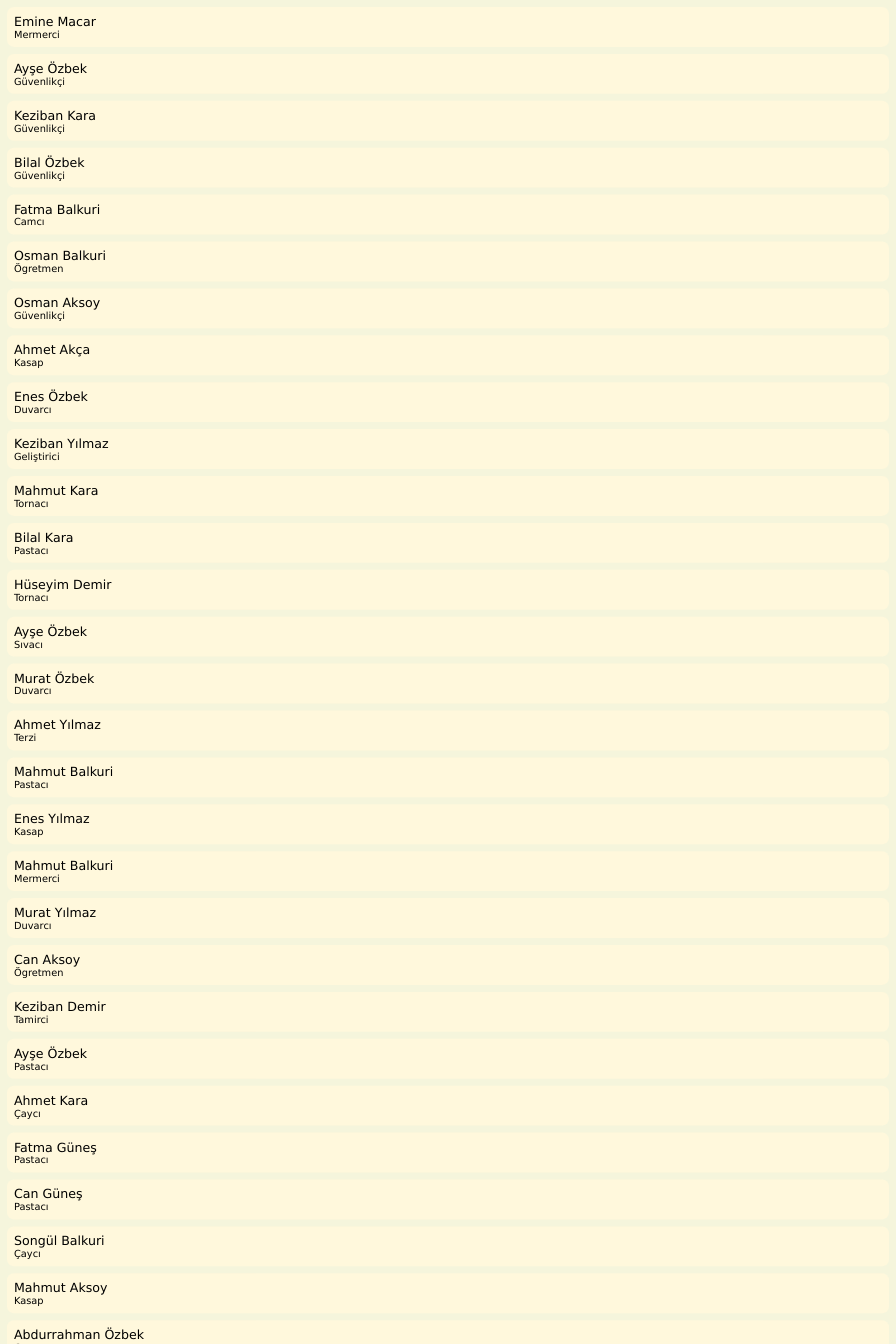
Repository: Sonvatan/S-f-rdan-geli-tirici-olmak-hafta-6
Page: İndex.html
The author's editor kept a copy of each file at every save. The page is drawn from the files as they stood at one save, then again after the next save.
The browser window is 1280 px wide. The pictures show the part of the page from y = 0 to 1920 px (the page is 5226 px tall), at 70% of full size.

Above is the page before, as saved 2024-02-01 23:55:09.

After the next save:
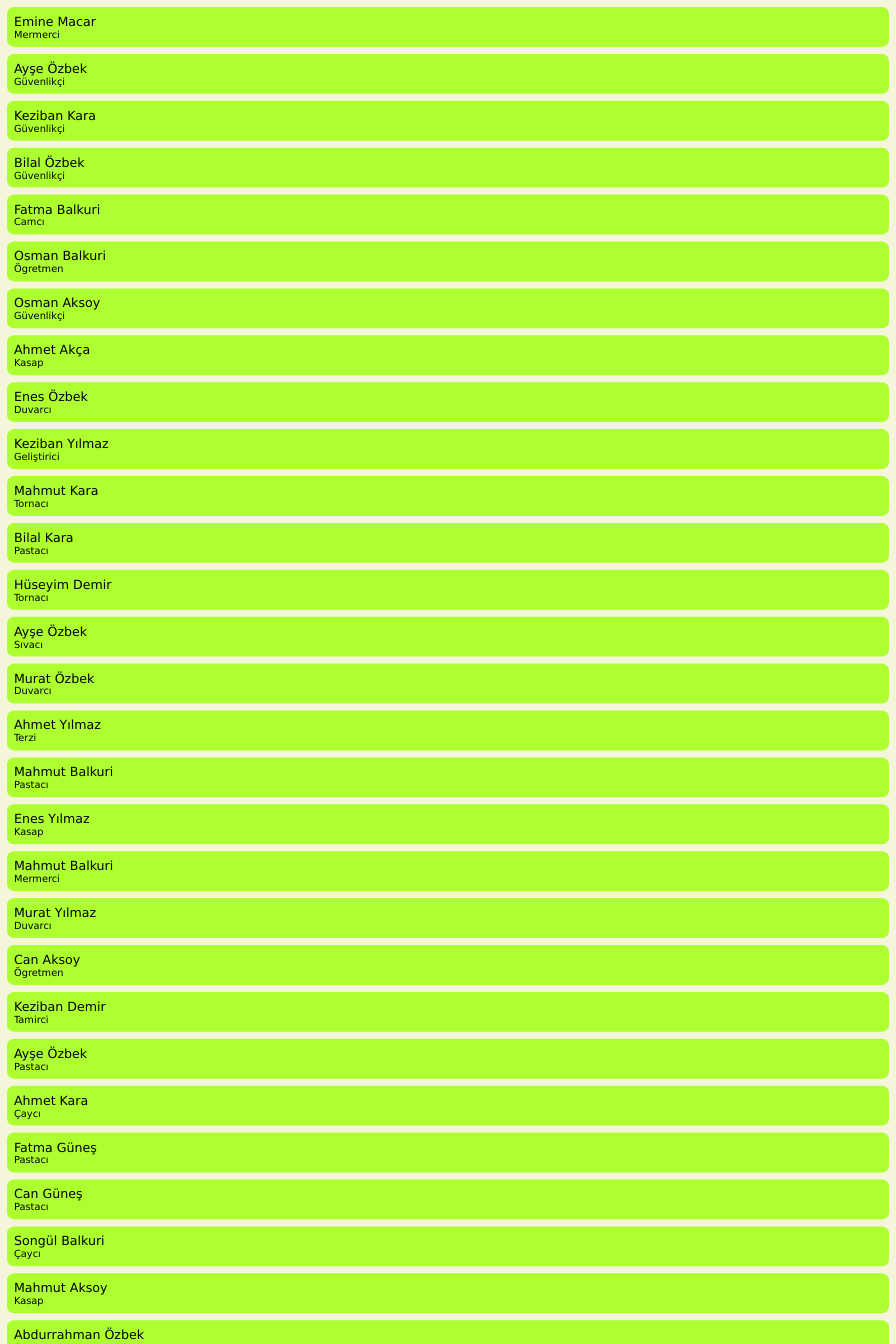
Saved 32 s later.
--- a/İndex.html
+++ b/İndex.html
@@ -13,7 +13,7 @@
                 width: 100%;
             }
             .person {
-                background-color: cornsilk;
+                background-color: greenyellow;
                 flex-direction: column;
                 border-radius: 10px;
                 display: flex;
